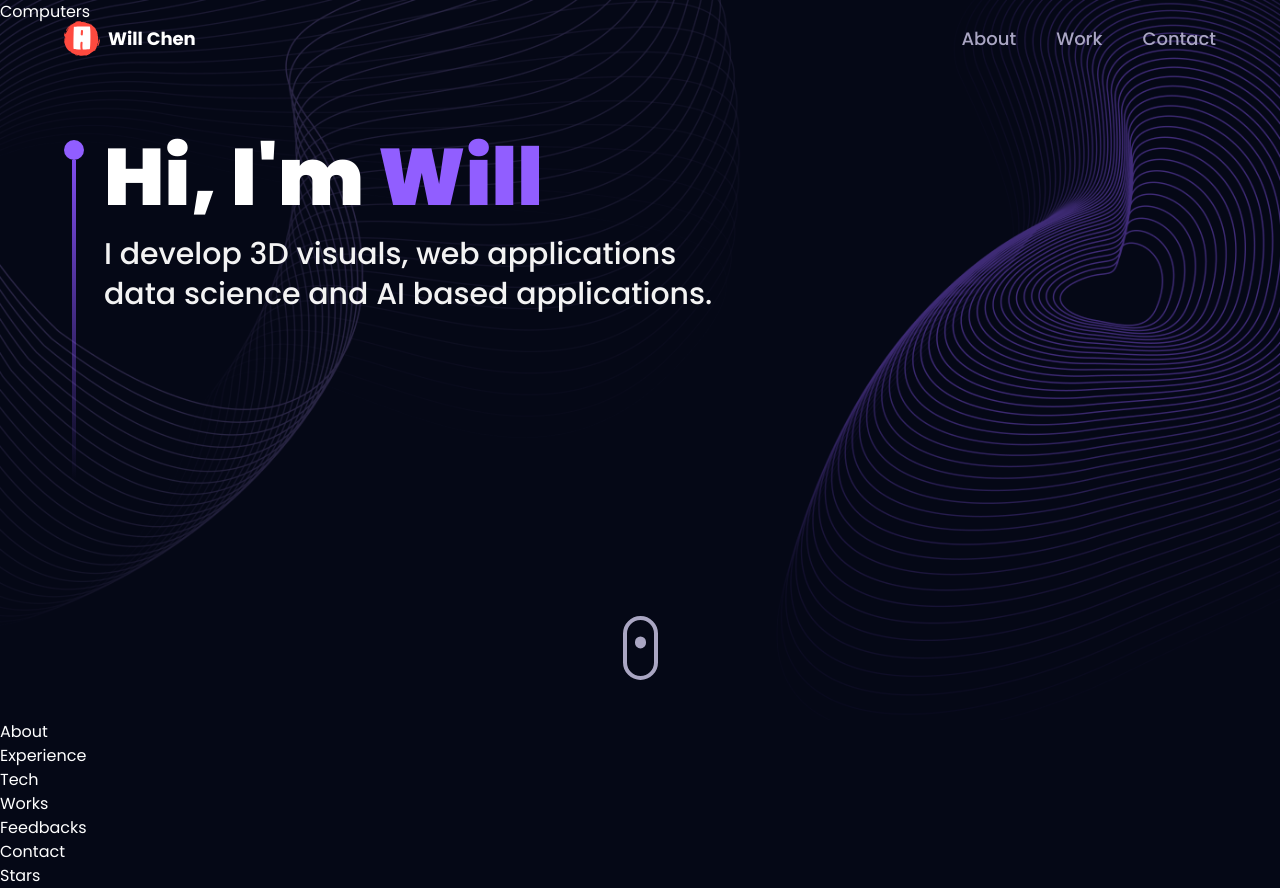
Repository: smallchungus/updatedPersonalWebsite
Page: /
The author's editor kept a copy of each file at every save. The page is drawn from the files as they stood at one save, then again after the next save.
The browser window is 1280 px wide. The pictures show the whole page.
The project was rebuilt for these pictures with package versions that can differ from the ones it lists, and the page was loaded fresh each time. Also part of the build but not shown: vite.config.js, src/components/canvas/Earth.jsx, src/components/canvas/Ball.jsx.

Above is the page before, as saved 2023-11-26 12:14:13.

### index.html
<!doctype html>
<html lang="en">
  <head>
    <meta charset="UTF-8" />
    <link rel="icon" type="image/svg+xml" href="/logo.svg" />
    <meta name="viewport" content="width=device-width, initial-scale=1.0" />
    <title>Will | Portfolio</title>
  </head>
  <body>
    <div id="root"></div>
    <script type="module" src="/src/main.jsx"></script>
  </body>
</html>

### src/App.jsx
import { BrowserRouter } from "react-router-dom"
import {About, Contact, Experience, Feedbacks, Hero, Navbar,Tech, Works, StarsCanvas  } from './components'


const App = () => {

  return (
    <BrowserRouter>
    <div className ="relative z-0 bg-primary">
      <div className = "bg-hero-pattern bg-cover bg-center bg-no-repeat">
        <Navbar />
        <Hero />
      </div>
      <About />
      <Experience />
      <Tech />
      <Works />
      <Feedbacks />
      <div className ="relative z-0">
        <Contact />
        <StarsCanvas />
        </div>
    </div>

    </BrowserRouter>
  )
}

export default App

### src/components/Hero.jsx
import { motion } from "framer-motion";

import { styles } from "../styles";
import { ComputersCanvas } from "./canvas";

const Hero = () => {
  return (
    <section className={`relative w-full h-screen mx-auto`}>
      <div
        className={`absolute inset-0 top-[120px]  max-w-7xl mx-auto ${styles.paddingX} flex flex-row items-start gap-5`}
      >
        <div className='flex flex-col justify-center items-center mt-5'>
          <div className='w-5 h-5 rounded-full bg-[#915EFF]' />
          <div className='w-1 sm:h-80 h-40 violet-gradient' />
        </div>

        <div>
          <h1 className={`${styles.heroHeadText} text-white`}>
            Hi, I'm <span className='text-[#915EFF]'>Will</span>
          </h1>
          <p className={`${styles.heroSubText} mt-2 text-white-100`}>
            I develop 3D visuals, web applications <br className='sm:block hidden' />
            data science and AI based applications.
          </p>
        </div>
      </div>

      <ComputersCanvas />

      <div className='absolute xs:bottom-10 bottom-32 w-full flex justify-center items-center'>
        <a href='#about'>
          <div className='w-[35px] h-[64px] rounded-3xl border-4 border-secondary flex justify-center items-start p-2'>
            <motion.div
              animate={{
                y: [0, 24, 0],
              }}
              transition={{
                duration: 1.5,
                repeat: Infinity,
                repeatType: "loop",
              }}
              className='w-3 h-3 rounded-full bg-secondary mb-1'
            />
          </div>
        </a>
      </div>
    </section>
  );
};

export default Hero;

### src/components/Navbar.jsx
import React, { useEffect, useState } from "react";
import { Link } from "react-router-dom";

import { styles } from "../styles";
import { navLinks } from "../constants";
import { logo, menu, close } from "../assets";

const Navbar = () => {
  const [active, setActive] = useState("");
  const [toggle, setToggle] = useState(false);
  const [scrolled, setScrolled] = useState(false);

  useEffect(() => {
    const handleScroll = () => {
      const scrollTop = window.scrollY;
      if (scrollTop > 100) {
        setScrolled(true);
      } else {
        setScrolled(false);
      }
    };

    window.addEventListener("scroll", handleScroll);

    return () => window.removeEventListener("scroll", handleScroll);
  }, []);

  return (
    <nav
      className={`${
        styles.paddingX
      } w-full flex items-center py-5 fixed top-0 z-20 ${
        scrolled ? "bg-primary" : "bg-transparent"
      }`}
    >
      <div className='w-full flex justify-between items-center max-w-7xl mx-auto'>
        <Link
          to='/'
          className='flex items-center gap-2'
          onClick={() => {
            setActive("");
            window.scrollTo(0, 0);
          }}
        >
          <img src={logo} alt='logo' className='w-9 h-9 object-contain' />
          <p className='text-white text-[18px] font-bold cursor-pointer flex '>
            Will Chen
          </p>
        </Link>

        <ul className='list-none hidden sm:flex flex-row gap-10'>
          {navLinks.map((nav) => (
            <li
              key={nav.id}
              className={`${
                active === nav.title ? "text-white" : "text-secondary"
              } hover:text-white text-[18px] font-medium cursor-pointer`}
              onClick={() => setActive(nav.title)}
            >
              <a href={`#${nav.id}`}>{nav.title}</a>
            </li>
          ))}
        </ul>

        <div className='sm:hidden flex flex-1 justify-end items-center'>
          <img
            src={toggle ? close : menu}
            alt='menu'
            className='w-[28px] h-[28px] object-contain'
            onClick={() => setToggle(!toggle)}
          />

          <div
            className={`${
              !toggle ? "hidden" : "flex"
            } p-6 black-gradient absolute top-20 right-0 mx-4 my-2 min-w-[140px] z-10 rounded-xl`}
          >
            <ul className='list-none flex justify-end items-start flex-1 flex-col gap-4'>
              {navLinks.map((nav) => (
                <li
                  key={nav.id}
                  className={`font-poppins font-medium cursor-pointer text-[16px] ${
                    active === nav.title ? "text-white" : "text-secondary"
                  }`}
                  onClick={() => {
                    setToggle(!toggle);
                    setActive(nav.title);
                  }}
                >
                  <a href={`#${nav.id}`}>{nav.title}</a>
                </li>
              ))}
            </ul>
          </div>
        </div>
      </div>
    </nav>
  );
};

export default Navbar;

### src/constants/index.js
import {
    mobile,
    backend,
    creator,
    web,
    javascript,
    typescript,
    html,
    css,
    reactjs,
    redux,
    tailwind,
    nodejs,
    mongodb,
    git,
    figma,
    docker,
    meta,
    starbucks,
    tesla,
    shopify,
    carrent,
    jobit,
    tripguide,
    threejs,
  } from "../assets";

  export const navLinks = [
    {
      id: "about",
      title: "About",
    },
    {
      id: "work",
      title: "Work",
    },
    {
      id: "contact",
      title: "Contact",
    },
  ];

  const services = [
    {
      title: "Web Developer",
      icon: web,
    },
    {
      title: "React Native Developer",
      icon: mobile,
    },
    {
      title: "Backend Developer",
      icon: backend,
    },
    {
      title: "Content Creator",
      icon: creator,
    },
  ];

  const technologies = [
    {
      name: "HTML 5",
      icon: html,
    },
    {
      name: "CSS 3",
      icon: css,
    },
    {
      name: "JavaScript",
      icon: javascript,
    },
    {
      name: "TypeScript",
      icon: typescript,
    },
    {
      name: "React JS",
      icon: reactjs,
    },
    {
      name: "Redux Toolkit",
      icon: redux,
    },
    {
      name: "Tailwind CSS",
      icon: tailwind,
    },
    {
      name: "Node JS",
      icon: nodejs,
    },
    {
      name: "MongoDB",
      icon: mongodb,
    },
    {
      name: "Three JS",
      icon: threejs,
    },
    {
      name: "git",
      icon: git,
    },
    {
      name: "figma",
      icon: figma,
    },
    {
      name: "docker",
      icon: docker,
    },
  ];

  const experiences = [
    {
      title: "React.js Developer",
      company_name: "Starbucks",
      icon: starbucks,
      iconBg: "#383E56",
      date: "March 2020 - April 2021",
      points: [
        "Developing and maintaining web applications using React.js and other related technologies.",
        "Collaborating with cross-functional teams including designers, product managers, and other developers to create high-quality products.",
        "Implementing responsive design and ensuring cross-browser compatibility.",
        "Participating in code reviews and providing constructive feedback to other developers.",
      ],
    },
    {
      title: "React Native Developer",
      company_name: "Tesla",
      icon: tesla,
      iconBg: "#E6DEDD",
      date: "Jan 2021 - Feb 2022",
      points: [
        "Developing and maintaining web applications using React.js and other related technologies.",
        "Collaborating with cross-functional teams including designers, product managers, and other developers to create high-quality products.",
        "Implementing responsive design and ensuring cross-browser compatibility.",
        "Participating in code reviews and providing constructive feedback to other developers.",
      ],
    },
    {
      title: "Web Developer",
      company_name: "Shopify",
      icon: shopify,
      iconBg: "#383E56",
      date: "Jan 2022 - Jan 2023",
      points: [
        "Developing and maintaining web applications using React.js and other related technologies.",
        "Collaborating with cross-functional teams including designers, product managers, and other developers to create high-quality products.",
        "Implementing responsive design and ensuring cross-browser compatibility.",
        "Participating in code reviews and providing constructive feedback to other developers.",
      ],
    },
    {
      title: "Full stack Developer",
      company_name: "Meta",
      icon: meta,
      iconBg: "#E6DEDD",
      date: "Jan 2023 - Present",
      points: [
        "Developing and maintaining web applications using React.js and other related technologies.",
        "Collaborating with cross-functional teams including designers, product managers, and other developers to create high-quality products.",
        "Implementing responsive design and ensuring cross-browser compatibility.",
        "Participating in code reviews and providing constructive feedback to other developers.",
      ],
    },
  ];

  const testimonials = [
    {
      testimonial:
        "I thought it was impossible to make a website as beautiful as our product, but Rick proved me wrong.",
      name: "Sara Lee",
      designation: "CFO",
      company: "Acme Co",
      image: "https://randomuser.me/api/portraits/women/4.jpg",
    },
    {
      testimonial:
        "I've never met a web developer who truly cares about their clients' success like Rick does.",
      name: "Chris Brown",
      designation: "COO",
      company: "DEF Corp",
      image: "https://randomuser.me/api/portraits/men/5.jpg",
    },
    {
      testimonial:
        "After Rick optimized our website, our traffic increased by 50%. We can't thank them enough!",
      name: "Lisa Wang",
      designation: "CTO",
      company: "456 Enterprises",
      image: "https://randomuser.me/api/portraits/women/6.jpg",
    },
  ];

  const projects = [
    {
      name: "Car Rent",
      description:
        "Web-based platform that allows users to search, book, and manage car rentals from various providers, providing a convenient and efficient solution for transportation needs.",
      tags: [
        {
          name: "react",
          color: "blue-text-gradient",
        },
        {
          name: "mongodb",
          color: "green-text-gradient",
        },
        {
          name: "tailwind",
          color: "pink-text-gradient",
        },
      ],
      image: carrent,
      source_code_link: "https://github.com/",
    },
    {
      name: "Job IT",
      description:
        "Web application that enables users to search for job openings, view estimated salary ranges for positions, and locate available jobs based on their current location.",
      tags: [
        {
          name: "react",
          color: "blue-text-gradient",
        },
        {
          name: "restapi",
          color: "green-text-gradient",
        },
        {
          name: "scss",
          color: "pink-text-gradient",
        },
      ],
      image: jobit,
      source_code_link: "https://github.com/",
    },
    {
      name: "Trip Guide",
      description:
        "A comprehensive travel booking platform that allows users to book flights, hotels, and rental cars, and offers curated recommendations for popular destinations.",
      tags: [
        {
          name: "nextjs",
          color: "blue-text-gradient",
        },
        {
          name: "supabase",
          color: "green-text-gradient",
        },
        {
          name: "css",
          color: "pink-text-gradient",
        },
      ],
      image: tripguide,
      source_code_link: "https://github.com/",
    },
  ];

  export { services, technologies, experiences, testimonials, projects };

### src/assets/index.js
import logo from "./logo.svg";
import backend from "./backend.png";
import creator from "./creator.png";
import mobile from "./mobile.png";
import web from "./web.png";
import github from "./github.png";
import menu from "./menu.svg";
import close from "./close.svg";

import css from "./tech/css.png";
import docker from "./tech/docker.png";
import figma from "./tech/figma.png";
import git from "./tech/git.png";
import html from "./tech/html.png";
import javascript from "./tech/javascript.png";
import mongodb from "./tech/mongodb.png";
import nodejs from "./tech/nodejs.png";
import reactjs from "./tech/reactjs.png";
import redux from "./tech/redux.png";
import tailwind from "./tech/tailwind.png";
import typescript from "./tech/typescript.png";
import threejs from "./tech/threejs.svg";

import meta from "./company/meta.png";
import shopify from "./company/shopify.png";
import starbucks from "./company/starbucks.png";
import tesla from "./company/tesla.png";

import carrent from "./carrent.png";
import jobit from "./jobit.png";
import tripguide from "./tripguide.png";

export {
  logo,
  backend,
  creator,
  mobile,
  web,
  github,
  menu,
  close,
  css,
  docker,
  figma,
  git,
  html,
  javascript,
  mongodb,
  nodejs,
  reactjs,
  redux,
  tailwind,
  typescript,
  threejs,
  meta,
  shopify,
  starbucks,
  tesla,
  carrent,
  jobit,
  tripguide,
};

Loaded but not shown: src/main.jsx (common file); src/index.css (common file); src/components/index.js (common file); src/components/canvas/index.js (common file); src/components/About.jsx (common file); src/components/Tech.jsx (common file); src/components/Experience.jsx (common file); src/components/Works.jsx (common file); src/components/Feedbacks.jsx (common file); src/components/Contact.jsx (common file); src/components/canvas/Computers.jsx (common file); src/components/canvas/Stars.jsx (common file); src/styles.js (common file); tailwind.config.js (common file)

After the next save:
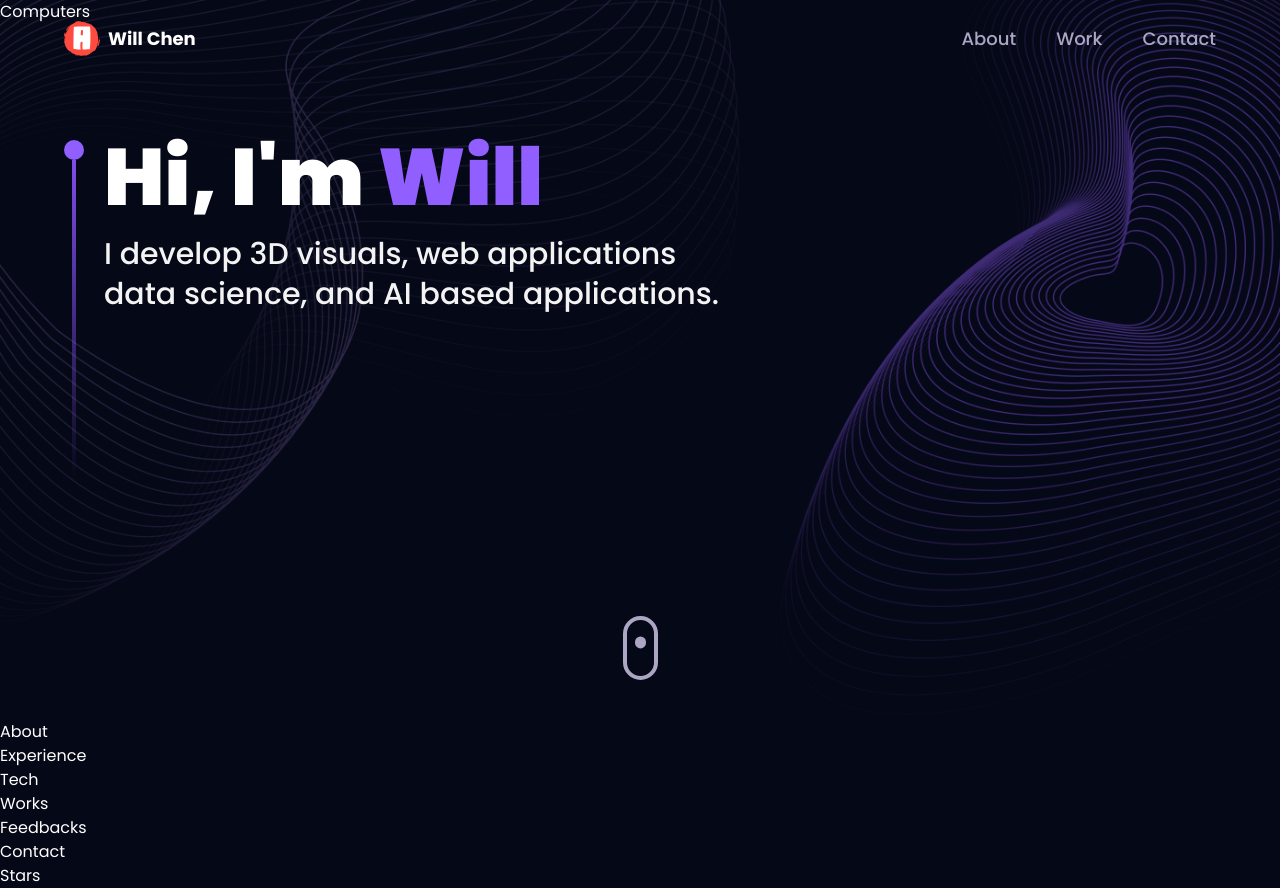
Saved 9 s later.
--- a/src/components/Hero.jsx
+++ b/src/components/Hero.jsx
@@ -20,7 +20,7 @@ const Hero = () => {
           </h1>
           <p className={`${styles.heroSubText} mt-2 text-white-100`}>
             I develop 3D visuals, web applications <br className='sm:block hidden' />
-            data science and AI based applications.
+            data science, and AI based applications.
           </p>
         </div>
       </div>
